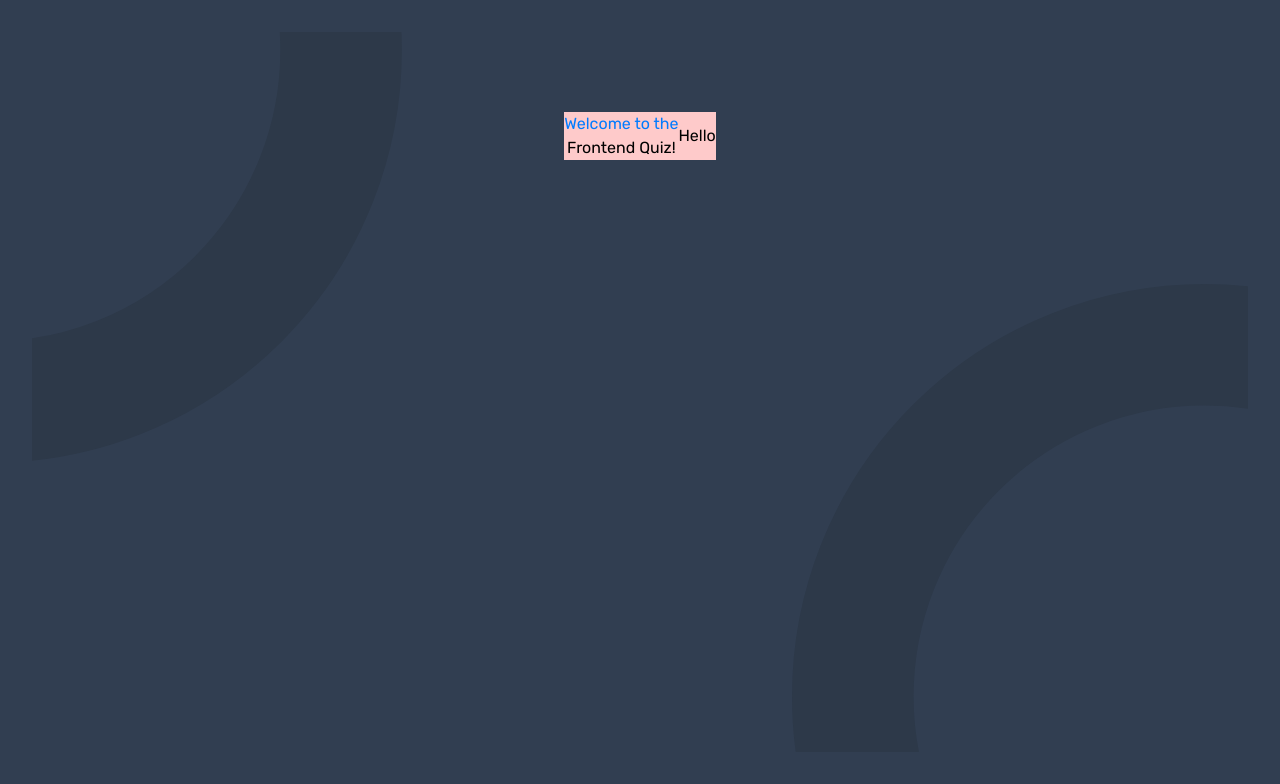
Repository: Shenixo/QuizApp
Page: /
These files come from the project's save history. The page is drawn as it stood at one moment and after the next save; the edit follows.
The browser window is 1280 px wide. The pictures show the whole page.
The project was rebuilt for these pictures with package versions that can differ from the ones it lists, and the page was loaded fresh each time. Also part of the build but not shown: vite.config.js, src/Components/Navbar/Navbar.jsx.

Above is the page before, as saved 2025-03-31 11:00:02.

After the next save:
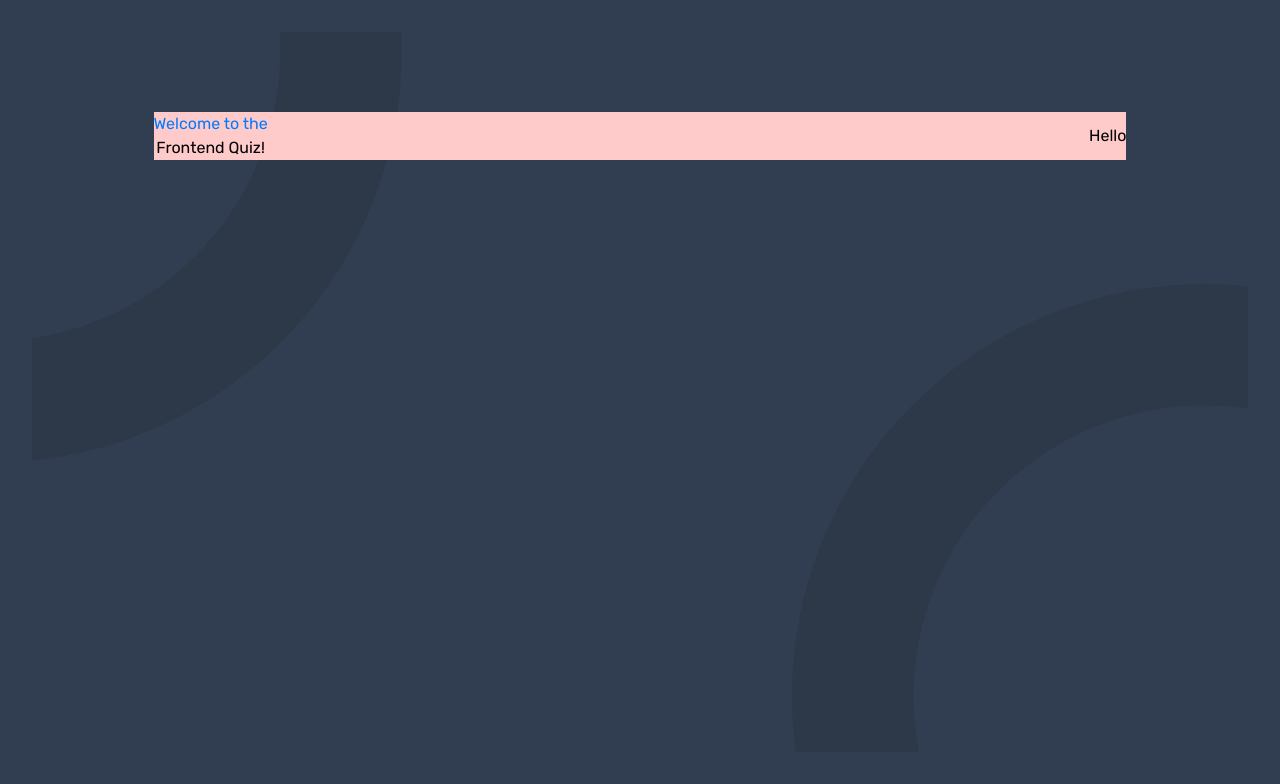
Saved 14 s later.
--- a/src/Components/Home/Home.jsx
+++ b/src/Components/Home/Home.jsx
@@ -4,7 +4,7 @@ import Navbar from "../Navbar/Navbar";
 const Home = () => {
   return (
     <div className="w-[80%] mx-auto placeholder-stone-200 pt-20 flex items-center justify-center">
-      <div className="flex items-center justify-between bg-red-200">
+      <div className="flex items-center justify-between bg-red-200 w-full">
       <div>
         <h1 className="text-primary">Welcome to the</h1>
         <h1>Frontend Quiz!</h1>
